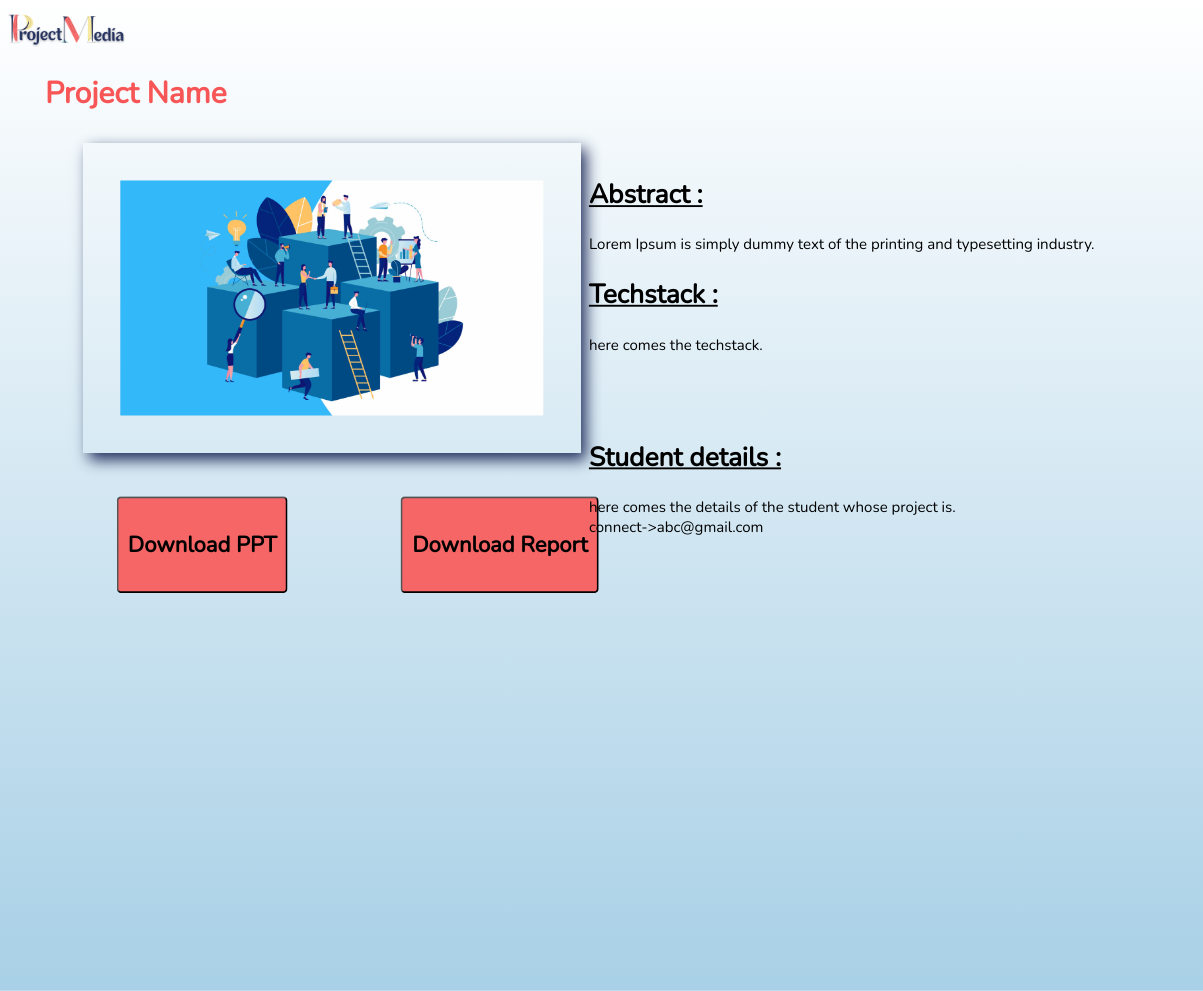
Repository: Sanskriti002/Projectpage
Page: index.html
The author's editor kept a copy of each file at every save. The page is drawn from the files as they stood at one save, then again after a run of saves.
The browser window is 1280 px wide. The pictures show the whole page, at 94% of full size.

Above is the page before, as saved 2023-09-21 11:56:40.

### index.html
<!DOCTYPE html>
<html lang="en">
<head>
    <meta charset="UTF-8">
    <meta name="viewport" content="width=device-width, initial-scale=1.0">
    <title>Projects</title>
    <link rel="preconnect" href="https://fonts.googleapis.com">
<link rel="preconnect" href="https://fonts.gstatic.com" crossorigin>
<link href="https://fonts.googleapis.com/css2?family=Montserrat:wght@300;400;900&family=Nunito&family=Ubuntu&display=swap" rel="stylesheet">
<link rel="stylesheet" href="style.css">
</head>
<body>
    <div>
        <img src="logoss.png" alt="logos">
    </div>
    <div>
        <h1>Project Name</h1>
    </div>
    <section class="project">
        <img src="project.jpg" alt="projectimage">
    </section>
    <section>
        <button type="button" class="btn" onclick="alert('Downloaded')"> <h3>Download PPT</h3></button>
        <button type="button" class="btn" onclick="alert('Downloaded')"><h3>Download Report</h3></button>
    </section>
    <section class="content">
        <h2><u>Abstract :</u></h2></h2>
        <p>Lorem Ipsum is simply dummy text of the printing and typesetting industry.
            </p>
        <h2><u>Techstack :</u></h2>
        <p>here comes the techstack.<br>
        <br><br><br>
    </p>
        <h2><u>Student details :</u></h2>
        <p>here comes the details of the student whose project is.<br>
            connect->abc@gmail.com
        </p>


    </section>

</body>
</html>

### style.css
*{
    font-family: 'Nunito', sans-serif;

}
body{
    background:linear-gradient(white,#a8d0e6) ;
}
img {

    margin:0px;
    padding:0px;
    width:10%;
}
h1 {
    margin-left:40px;
    color:#f85656;
    font-size:32px;
}
.project img {
    width:450px;
    height:250px;
    padding: 40px;
    box-shadow: 7px 7px  15px  #24305e;
    margin-left:80px;
    margin-top: 10px;
    display:inline-flex;



}

.btn {
    background-color:#f66666;
    border-radius: 5px;
    color:black;
    text-align: center;
    text-decoration:none;
    display:inline-block;
    font-size:20px;
    padding: 10px;
    margin-left: 116px;
    margin-top: 40px;
    cursor:pointer;

}

.btn:hover {

}

.content {
    float:right;
    text-align: left;
    transform:translate(-20%,-110%);

}

.content h2{
    font-size: 28px;
}
.student {
    float:right;
}

After the next 2 saves:
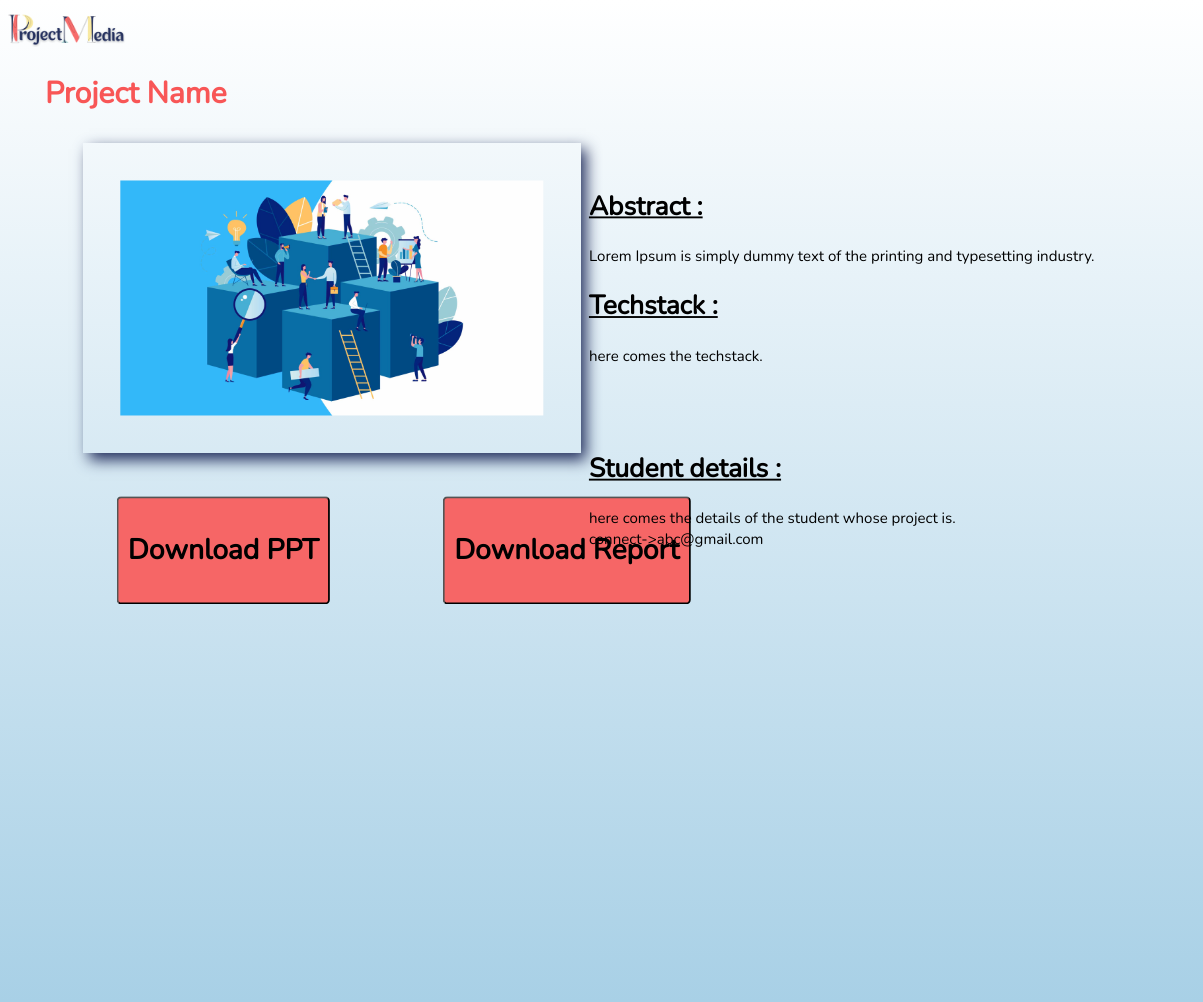
The 2 saves are shown as one change because they came seconds apart.
The last was saved 16 s later.
--- a/index.html
+++ b/index.html
@@ -20,8 +20,8 @@
         <img src="project.jpg" alt="projectimage">
     </section>
     <section>
-        <button type="button" class="btn" onclick="alert('Downloaded')"> <h3>Download PPT</h3></button>
-        <button type="button" class="btn" onclick="alert('Downloaded')"><h3>Download Report</h3></button>
+        <button type="button" class="btn" onclick="alert('Downloaded')"> <h2>Download PPT</h2></button>
+        <button type="button" class="btn" onclick="alert('Downloaded')"><h2>Download Report</h2></button>
     </section>
     <section class="content">
         <h2><u>Abstract :</u></h2></h2>
